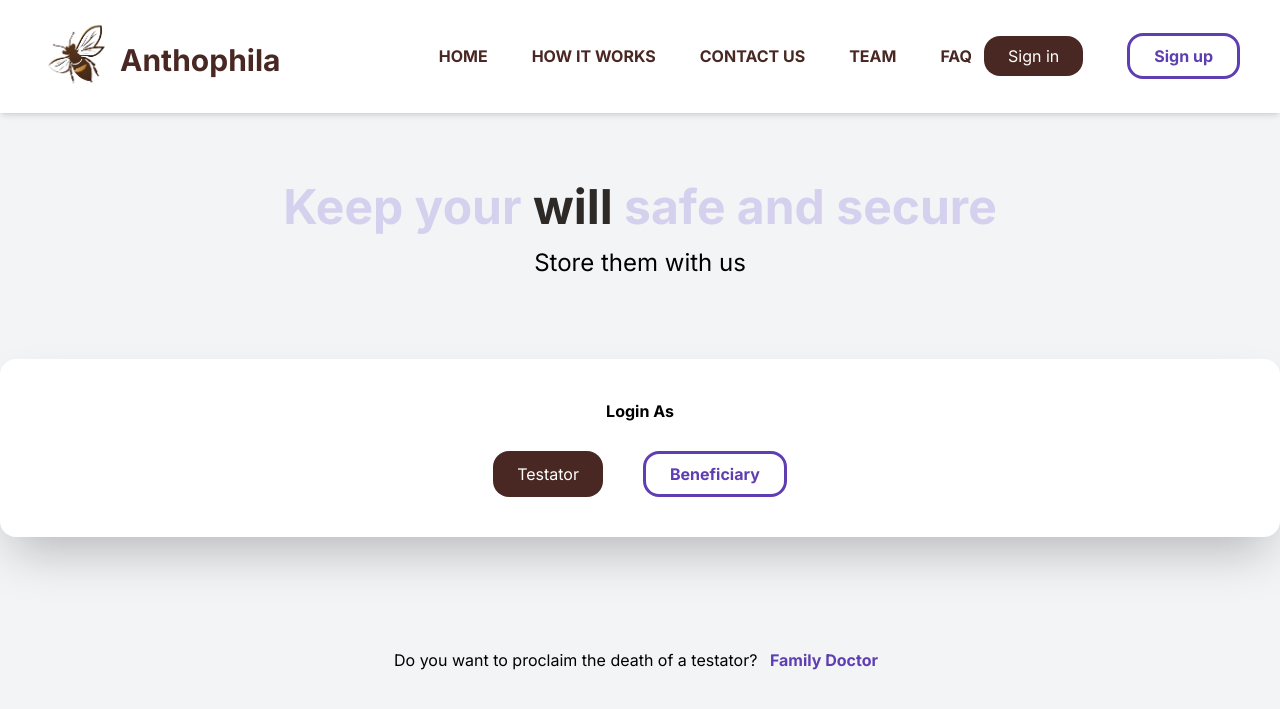
Repository: marcusdashe/anthophila
Page: /
These files come from the project's save history. The page is drawn as it stood at one moment and after the next save; the edit follows.
The browser window is 1280 px wide. The pictures show the whole page.
The project was rebuilt for these pictures with package versions that can differ from the ones it lists, and the page was loaded fresh each time. The framework's server and built-in components were replaced by stand-ins that run in the browser. Also part of the build but not shown: next.config.js, styles/Home.module.css.

Above is the page before, as saved 2023-03-01 21:50:12.

After the next save:
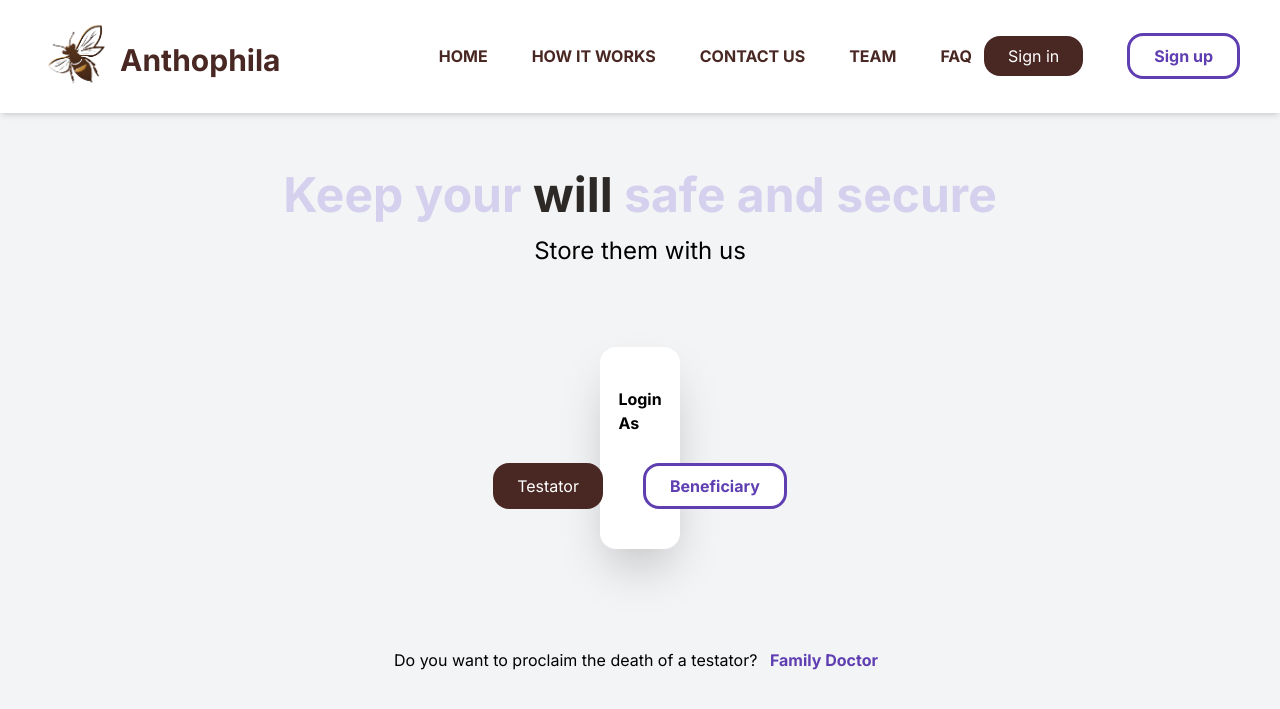
Saved 39 s later.
--- a/components/Hero.jsx
+++ b/components/Hero.jsx
@@ -12,7 +12,7 @@ const Hero = () => {
                 <p className='text-center text-2xl'>Store them with us</p>
             </div>
             </header>
-            <section className=' w-[80%] md:w-full bg-white shadow-2xl p-10 rounded-2xl flex justify-center items-center flex-col mt-20'>
+            <section className=' w-[80%] md:w-2 bg-white shadow-2xl p-10 rounded-2xl flex justify-center items-center flex-col mt-20'>
                <p className='font-bold'>Login As</p>
                 <div className='mt-7 flex flex-row space-x-7 justify-center'>
                     <Button isPrimary={true}><Link href={{pathname : "/signin", query: {"user":"testator"}}}>Testator</Link></Button>
